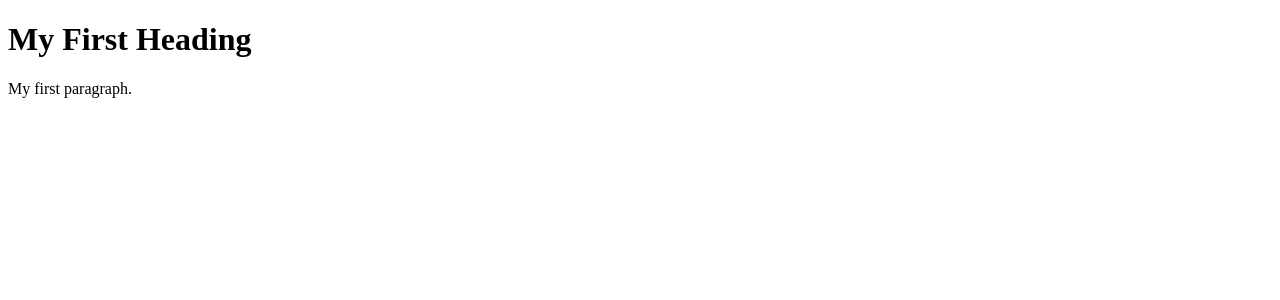
Repository: MaxwellRaumin/MaxwellRaumin.github.io
Page: index.html
The author's editor kept a record of every edit. The page is drawn from the files as they stood at one moment, then again after the next edit.
The browser window is 1280 px wide. The pictures show the whole page.

Above is the page before.

After the next edit:
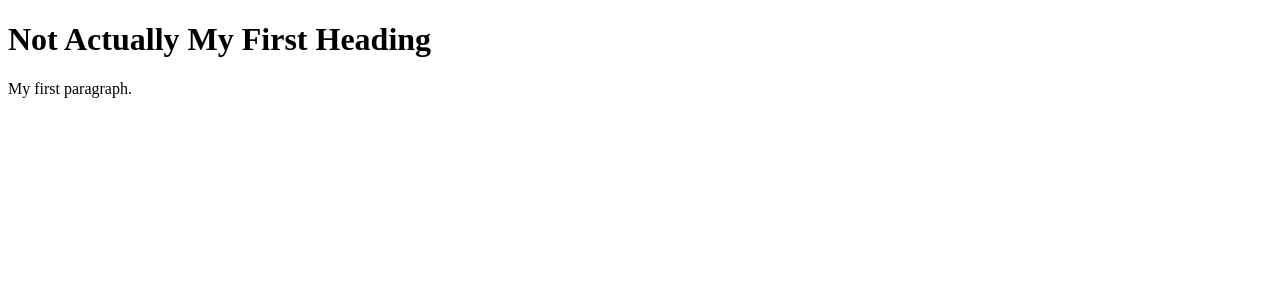
The edit:
--- a/index.html
+++ b/index.html
@@ -5,7 +5,7 @@
 </head>
 <body>
 
-<h1>My First Heading</h1>
+<h1>Not Actually My First Heading</h1>
 <p>My first paragraph.</p>
 
 </body>
